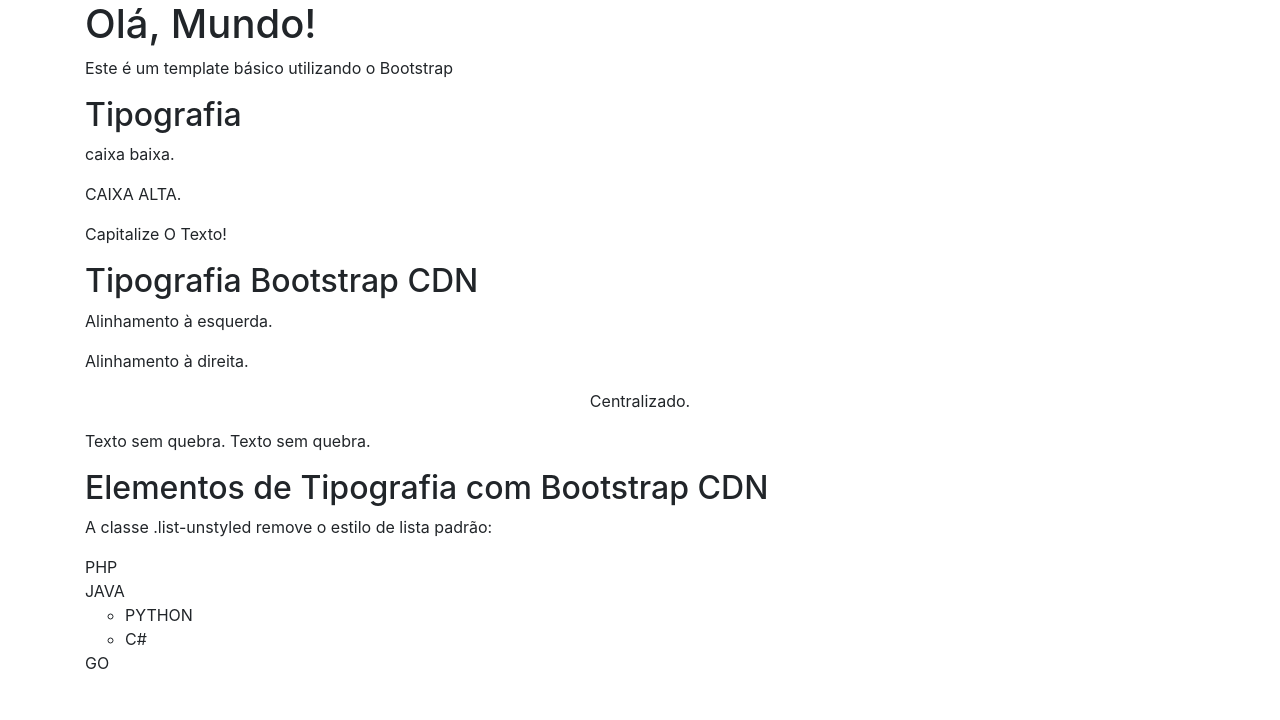
Repository: In-Game-full/Reprograme-se
Page: S-3/Aula-11(associação de CSS)/Praticas sugeridas/index.html
The author's editor kept a copy of each file at every save. The page is drawn from the files as they stood at one save, then again after the next save.
The browser window is 1280 px wide. The pictures show the whole page.
Some web libraries are served in a nearby version.

Above is the page before, as saved 2023-08-02 09:32:57.
Console error (its wording comes from the project's code and is left out).

### S-3/Aula-11(associação de CSS)/Praticas sugeridas/index.html
<!DOCTYPE html>

<html lang="pt-br">

<head>

    <meta charset="utf-8">

    <meta http-equiv="X-UA-Compatible" content="IE=edge">

    <title>Bootstrap Starter Template - Exemplo Trybe </title>

    <meta name="viewport" content="width=device-width, initial-scale=1">

    <!-- Bootstrap CSS -->
    <link rel="stylesheet" type="text/css"
        href="https://maxcdn.bootstrapcdn.com/bootstrap/4.0.0-beta.2/css/bootstrap.min.css">

    <!-- Bootstrap JS -->
    <script src="https://maxcdn.bootstrapcdn.com/bootstrap/3.3.7/js/bootstrap.min.js"></script>

</head>

<body>

    <div class="container">

        <h1>Olá, Mundo!</h1>

        <p>Este é um template básico utilizando o Bootstrap</p>

    </div>
    <!-- Classes de capitalização -->
    <div class="container mt-3">
        <h2>Tipografia</h2>
        <p class="text-lowercase">Caixa Baixa.</p>
        <p class="text-uppercase">Caixa Alta.</p>
        <p class="text-capitalize">Capitalize o texto!</p>
    </div>

    <!-- Classes de Alinhamento -->
    <div class="container mt-3">
        <h2>Tipografia Bootstrap CDN</h2>
        <p class="text-start">Alinhamento à esquerda.</p>
        <p class="text-end">Alinhamento à direita.</p>
        <p class="text-center">Centralizado.</p>
        <p class="text-nowrap">Texto sem quebra. Texto sem quebra. </p>
    </div>
    <!-- Classes de estilização de listas -->
    <div class="container mt-3">
        <h2>Elementos de Tipografia com Bootstrap CDN</h2>
        <p>A classe .list-unstyled remove o estilo de lista padrão:</p>
        <ul class="list-unstyled">
            <li>PHP</li>
            <li>JAVA
                <ul>
                    <li>PYTHON</li>
                    <li>C#</li>
                </ul>
            </li>
            <li>GO</li>
        </ul>
    </div>
    <!-- Inputs de teclado -->

    <!-- --------------------------- -->

    <script src="https://code.jquery.com/jquery-3.2.1.slim.min.js"></script>

    <script src="https://cdnjs.cloudflare.com/ajax/libs/popper.js/1.14.3/umd/popper.min.js"></script>

    <script src="https://maxcdn.bootstrapcdn.com/bootstrap/4.0.0-beta.2/js/bootstrap.min.js"></script>

</body>

</html>

After the next save:
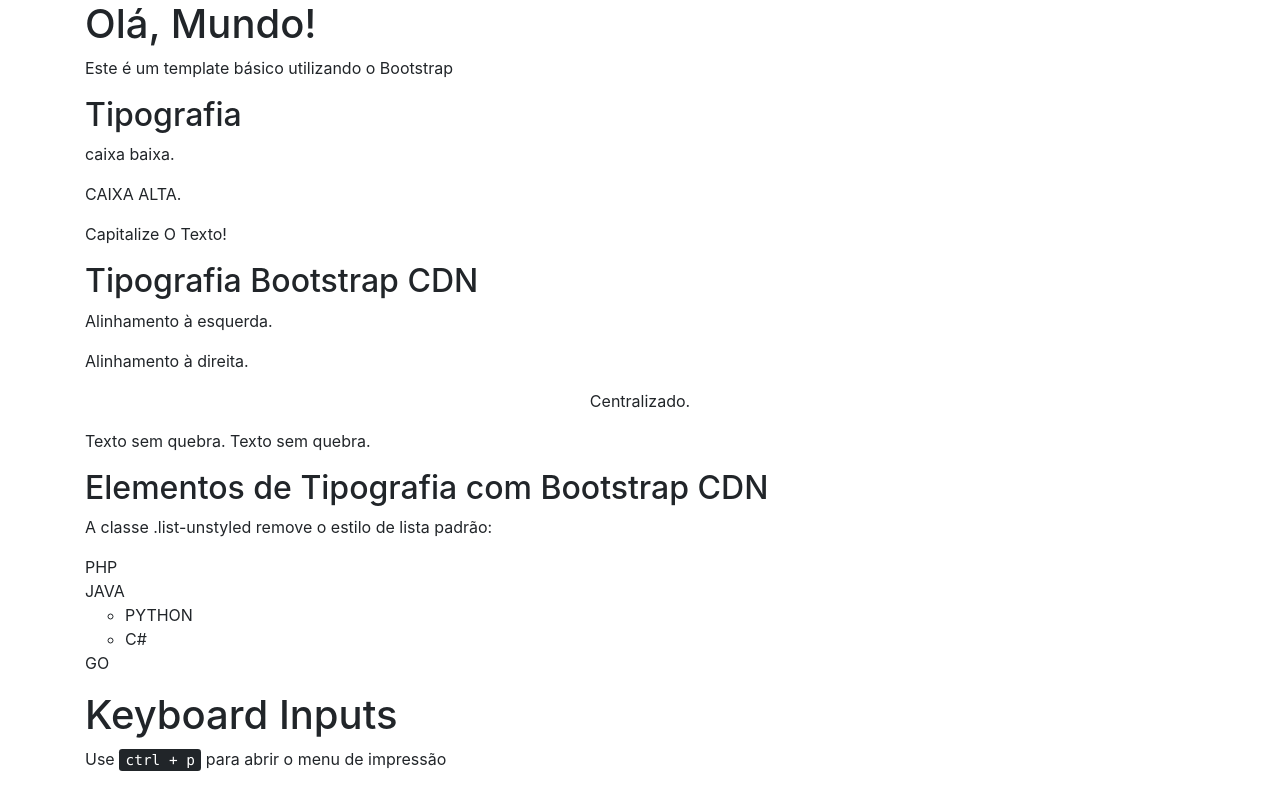
Saved 8 s later.
--- a/S-3/Aula-11(associação de CSS)/Praticas sugeridas/index.html
+++ b/S-3/Aula-11(associação de CSS)/Praticas sugeridas/index.html
@@ -62,7 +62,10 @@
         </ul>
     </div>
     <!-- Inputs de teclado -->
-
+    <div class="container mt-3">
+        <h1>Keyboard Inputs</h1>
+        <p>Use <kbd>ctrl + p</kbd> para abrir o menu de impressão</p>
+    </div>
     <!-- --------------------------- -->
 
     <script src="https://code.jquery.com/jquery-3.2.1.slim.min.js"></script>
